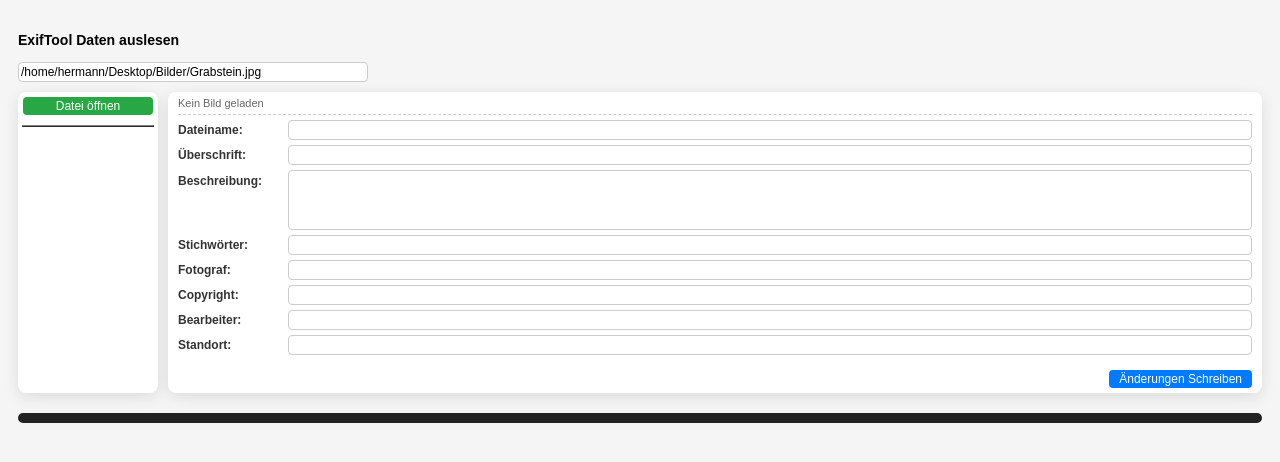
Repository: h-fahle/metadata
Page: ui/index.html
These files come from the project's save history. The page is drawn as it stood at one moment and after the next save; the edit follows.
The browser window is 1280 px wide. The pictures show the whole page.

Above is the page before, as saved 2026-08-17 10:41:16.

### ui/index.html
<!DOCTYPE html>
<html lang="de">

<head>
	<meta charset="UTF-8">
	<title>Tauri ExifTool Test</title>
	<link rel="stylesheet" href="style.css">
</head>

<body>
	<h3>ExifTool Daten auslesen</h3>

	<input type="text" id="bildpfad" value="/home/hermann/Desktop/Bilder/Grabstein.jpg">

	<div class="main-container">

		<!-- Das Vorschaubild links -->
		<div id="sidebar">
			<button id="file-open" onclick="dateiAuswählen()">Datei öffnen</button>
			<img id="vorschau-bild" src="" />
		</div>

		<!-- Das Formular rechts -->
		<form action="" method="post">

			<div
				style="margin-bottom: 5px; padding-bottom: 5px; border-bottom: 1px dashed #ccc; color: #666; font-size: 11px;">
				<span id="ordner-pfad">Kein Bild geladen</span>
			</div>

			<p>
				<label for="filename">Dateiname:</label>
				<input type="text" id="filename" name="filename" title="Im Einzelmodus: Änderung des Dateinamens bewirkt Umbenennung der Datei.
Im Stapelmodus: Ordnername is nicht änderbar." />
			</p>
			<p>
				<label for="caption">Überschrift:</label>
				<input type="text" id="caption" name="caption" title="Auch (Dokument-)Titel, Schlagzeile, Headline" />
			</p>
			<p>
				<label for="description">Beschreibung:</label>
				<textarea id="description" name="description" style="min-height: 60px;" title="Beschreibender Text in beliebiger Länge.
(Im Stapelmodus wird der eingegebene Text an vorhandenen angehängt.)
Hinweis: Einige Programme zeigen nur 2.000 Zeichen oder auch weniger an."></textarea>
			</p>
			<p>
				<label for="keywords">Stichwörter:</label>
				<input type="text" id="keywords" name="keywords" title="Komma-separierte Liste. Groß-/Kleinschreibung beachten.
Im Stapelmodus werden die eingegebenen Stichwörter an vorhandene angehängt." />
			</p>
			<p>
				<label for="creator">Fotograf:</label>
				<input type="text" id="creator" name="creator" title="Urheber, Ersteller, Autor
(Tags: Artitst, Creator, By-line)" />
			</p>
			<p>
				<label for="copyright">Copyright:</label>
				<input type="text" id="copyright" name="copyright" title="Urheberrechtshinweis; enthält in der Regel:
Name des Fotografen, Aufnahmejahr und Nutzungsrechte;
(z.B. 'Copyright [1975] [Mustermann], Alle Rechte vorbehalten')" />
			</p>
			<p>
				<label for="editor">Bearbeiter:</label>
				<input type="text" id="editor" name="editor" title="Verfasser der Metadaten
(Tags: Caption Writer, Writer Editor)" />
			</p>
			<p>
				<label for="position">Standort:</label>
				<input type="text" id="position" name="position" title="GPS-Koordinaten in Dezimalgrad (51.49129, 8.43317).
Ermitteln der Koordinaten in der Google Maps-Karte:
  1. mit rechter Maustaste auf den Standort klicken,
  2. auf die angezeigten Koordinaten klicken,
  3. der so gespeicherte Wert kann dann mit Strg+V kopiert werden." />
			</p>

			<!-- NEU: Der Speichern-Button am Ende des Formular-Containers -->
			<div style="text-align: right; margin-top: 15px;">
				<button onclick="exifSchreiben(event)" style="background: #007BFF;">Änderungen Schreiben</button>
			</div>

		</form>
	</div> <!-- Ende des main-containers -->

	<div id="ausgabe"></div>

	<script>

		async function dateiAuswählen() {
			try {
				const ergebnis = await window.__TAURI__.core.invoke('plugin:dialog|open', {
					options: {
						title: 'Bilddatei für ExifTool auswählen',
						directory: false,
						multiple: false,
						filters: [
							{ name: 'Bilder', extensions: ['jpg', 'jpeg', 'png', 'gif', 'tif', 'tiff', 'webp', 'avif', 'heic', 'heif'] }
						]
					}
				});

				// Wenn der Nutzer nicht abgebrochen hat (ergebnis ist nicht null)
				if (ergebnis) {
					// Falls das Ergebnis ein Objekt ist (z.B. { path: "..." }), holen wir den Pfad heraus,
					// ansonsten nehmen wir den String direkt.
					const pfad = typeof ergebnis === 'object' ? ergebnis.path : ergebnis;

					document.getElementById("bildpfad").value = pfad;

					// Sofort automatisch die Metadaten einlesen!
					exifAuslesen();
				}
			} catch (fehler) {
				document.getElementById("ausgabe").innerHTML = "<span style='color: red;'>Dialog-Fehler: " + fehler + "</span>";
			}
		}

		async function exifAuslesen() {
			const pfad = document.getElementById("bildpfad").value;
			const ausgabe = document.getElementById("ausgabe");
			const vorschauImg = document.getElementById("vorschau-bild");


			ausgabe.innerText = "Rufe ExifTool auf...";

			try {
				// 1. Metadaten über Rust holen
				const jsonText = await window.__TAURI__.core.invoke('lese_bild_metdaten', { dateipfad: pfad });
				const datenObjekt = JSON.parse(jsonText)[0]; 	// Das 1. JSON-Objekt im JSON-Array in JS-Objekt umwandeln

				document.getElementById('filename').value = datenObjekt.FileName || '';
				document.getElementById('caption').value = datenObjekt.CMB_Caption || '';
				document.getElementById('description').value = datenObjekt.Description || '';
				document.getElementById('keywords').value = datenObjekt.Keywords || '';
				document.getElementById('creator').value = datenObjekt.Creator || '';
				document.getElementById('copyright').value = datenObjekt.Copyright || '';
				document.getElementById('editor').value = datenObjekt.CMB_Editor || '';
				document.getElementById('position').value = datenObjekt.GPSPosition || '';

				const vollerPfad = pfad;
				// Erkennt automatisch Linux-Schrägstriche (/) und Windows-Backslashes (\)
				const letzterSlash = Math.max(vollerPfad.lastIndexOf('/'), vollerPfad.lastIndexOf('\\'));
				let ordner = "Unbekannt";

				if (letzterSlash !== -1) {
					ordner = vollerPfad.substring(0, letzterSlash);
				}
				// Den berechneten Ordnerpfad in das neue Label schreiben
				document.getElementById('ordner-pfad').innerText = ordner;

				// Wir nehmen das erste Element der Liste (ExifTool liefert immer ein Array)
				// und stellen es schön formatiert im Browser dar
				// ausgabe.innerText = JSON.stringify(datenObjekt[0], null, 2);
				ausgabe.innerText = jsonText;

				// Wir fragen Rust nach dem besten Weg für das Bild
				const vorschauErgebnis = await window.__TAURI__.core.invoke('hole_vorschaubild', { dateipfad: pfad });

				if (vorschauErgebnis === "STANDARD") {
					// Normales JPG/PNG über das Asset-Protokoll
					const assetUrl = window.__TAURI__.core.convertFileSrc(pfad);
					vorschauImg.src = assetUrl + "?t=" + new Date().getTime();
				} else if (vorschauErgebnis.startsWith("data:[embedded picture, 23 characters]")) {
					// TIF/TIFF über den im RAM kompilierten Rust-Wandler
					vorschauImg.src = vorschauErgebnis;
				}

				vorschauImg.style.display = "block";

			} catch (fehler) {
				ausgabe.innerHTML = "<span style='color: red;'>Fehler: " + fehler + "</span>";
				vorschauImg.style.display = "none";
				infoText.innerText = "Fehler beim Laden";
			}
		}

		async function exifSchreiben(ereignis) {
			if (ereignis) ereignis.preventDefault();  // verbietet dem Browser den automatischen Seiten-Reset!

			const pfad = document.getElementById("bildpfad").value;
			const ausgabe = document.getElementById("ausgabe");

			ausgabe.innerText = "Speichere Daten über ExifTool...";

			// Wir sammeln alle aktuellen Werte aus den Eingabefeldern ein
			const daten = {
				dateipfad: pfad,
				filename: document.getElementById('filename').value,
				caption: document.getElementById('caption').value,
				description: document.getElementById('description').value,
				keywords: document.getElementById('keywords').value.split(',').map(s => s.trim()).join(', '),
				creator: document.getElementById('creator').value,
				copyright: document.getElementById('copyright').value,
				editor: document.getElementById('editor').value,
				gps: document.getElementById('position').value
			};

			try {
				// Wir schicken das gesamte Paket an die Rust-Funktion 'schreibe_bild_metdaten'
				const antwort = await window.__TAURI__.core.invoke('schreibe_bild_metdaten', daten);

				// Bei Erfolg zeigen wir die Meldung in grüner Schrift an
				ausgabe.innerHTML = "<span style='color: #00ff00;'>" + antwort + "</span>";

				// 2. Da der Pfad dank preventDefault() jetzt bombenfest im Feld stehen bleibt,
				// funktioniert das Neuladen nun augenblicklich und fehlerfrei!
				await exifAuslesen();

			} catch (fehler) {
				// Falls etwas schiefgeht (z.B. Datei schreibgeschützt), zeigen wir den Fehler an
				ausgabe.innerHTML = "<span style='color: red;'>Fehler beim Speichern: " + fehler + "</span>";
			}
		}

	</script>
</body>

</html>

### ui/style.css
body {
	font-family: sans-serif;
	font-size:12px;
	padding: 10px;
	background: #f5f5f5;
}

button {
	padding: 2px 10px;
	font-size: 12px;
	cursor: pointer;
	background: #28a745;
	color: white;
	border: none;
	border-radius: 4px;
}

#ausgabe {
	margin-top: 20px;
	background: #222;
	color: #00ff00;
	padding: 5px;
	border-radius: 5px;
	font-family: monospace;
	white-space: pre-wrap;
	overflow-x: auto;
}
input#bildpfad {
	width: 350px;
}

/* Der neue Haupt-Container für die Nebeneinander-Ausrichtung */
.main-container {
	margin-top: 10px;
	display: flex;
	flex-direction: row;  /* Elemente nebeneinander */
	gap: 10px;            /* Abstand zwischen Bild und Formular */
	width: 100%;
	box-sizing: border-box;
}

/* Styling für den Bild-Bereich */
#sidebar {
	width: 140px;
	min-width: 140px;

	display: flex;
	flex-direction: column;
  	align-items: center;
  	justify-content: flex-start;

	padding-top: 5px;
	background-color: #ffffff;
	border-radius: 8px;
	box-shadow: 0 4px 15px rgba(0, 0, 0, 0.1);
}
#file-open {
	 width: 130px;
	 margin-bottom: 10px;
}
#vorschau-bild {
	width: 130px;
	height: auto;
	border: 1px outset gray;
}

/* Container des Formulars */
form {
	flex-grow: 1;
	margin: 0;
	padding: 5px 10px;
	background-color: #ffffff;
	border-radius: 8px;
	box-shadow: 0 4px 15px rgba(0, 0, 0, 0.1);
	font-family: Arial, sans-serif;
}

form p {
	display: flex;
	align-items: center;
	margin: 6px 0;       /* Geringer Zeilenabstand */
	width: 100%;
	margin-top: 5px;    /* Kleiner Abstand nach oben */
	margin-bottom: 5px; /* Kleiner Abstand nach unten */
}

label[for="description"] {
    align-self: flex-start;  /* DIESE ZEILE IST DIE RETTUNG: Richtet NUR dieses Label oben aus! */
    margin-top: 4px;         /* Feinjustierung, damit es perfekt auf der Linie der ersten Textzeile liegt */
}


/* Feste Breite für die Labels + Linksbündig */
label {
	display: inline-block;
	width: 110px;
	text-align: left;
	font-weight: bold;
	color: #333333;
	flex-shrink: 0; /* Verhindert, dass der Text zusammengedrückt wird */
}

/* Eingabefelder füllen den restlichen Platz der Zeile aus */
input[type="text"],
textarea {
	flex-grow: 1; /* Alle Felder starten exakt an der gleichen Linie */
	width: 100%;
	min-width: 0;
	padding: 2px;
	border: 1px solid #cccccc;
	border-radius: 4px;
	box-sizing: border-box;
	font-size: 12px;
}
textarea {
    /* DIESE BEIDEN ZEILEN LÖSEN DAS LINUX-PROBLEM ENDGÜLTIG: */
    field-sizing: content;   /* Die Box wächst automatisch zeilenweise mit! */
    overflow: hidden;        /* Schaltet Scrollbalken und damit den Bug komplett ab */
    resize: none;            /* Der Nutzer muss nicht mehr manuell ziehen */
}

/* Aktives Feld bei Klick */
input:focus,
textarea:focus {
	border-color: #007BFF;
	outline: none;
	box-shadow: 0 0 5px rgba(0, 123, 255, 0.5);
}

/* Der Absendeknopf richtet sich nach den Eingabefeldern aus */
.button-group {
	display: flex;
	justify-content: flex-end;
}

button[type="submit"] {
	width: 200px;
	padding: 12px;
	background-color: #007BFF;
	color: white;
	border: none;
	border-radius: 4px;
	font-size: 16px;
	cursor: pointer;
	transition: background-color 0.3s ease;
}
button[type="submit"]:hover {
	background-color: #0056b3;
}

After the next save:
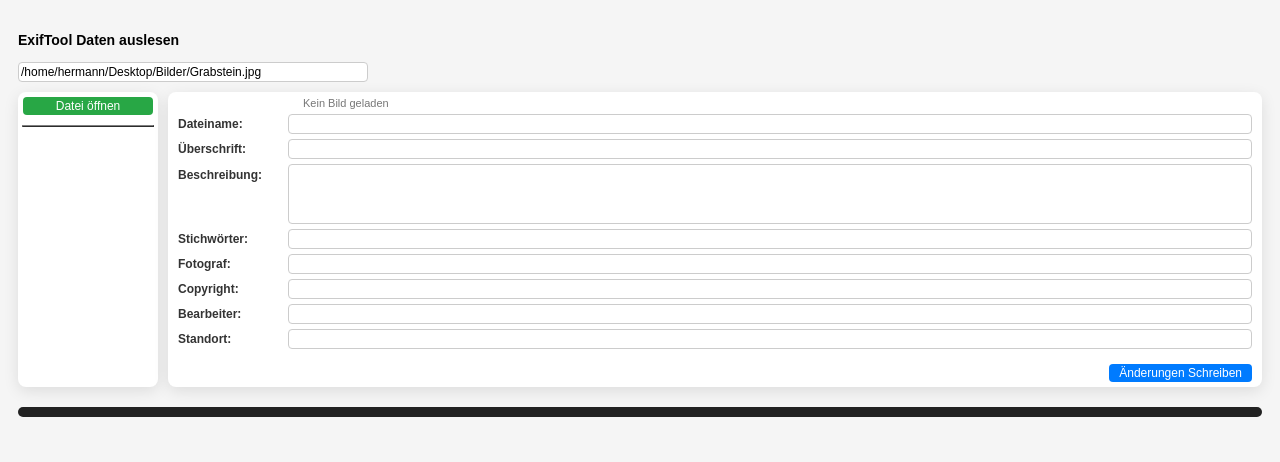
Saved 5 min 49 s later.
--- a/ui/index.html
+++ b/ui/index.html
@@ -23,10 +23,9 @@
 		<!-- Das Formular rechts -->
 		<form action="" method="post">
 
-			<div
-				style="margin-bottom: 5px; padding-bottom: 5px; border-bottom: 1px dashed #ccc; color: #666; font-size: 11px;">
-				<span id="ordner-pfad">Kein Bild geladen</span>
-			</div>
+    <div id="ordner-pfad" style="margin-left: 125px; margin-bottom: 2px; color: #777777; font-size: 11px; font-family: Arial, sans-serif; word-break: break-all;">
+        Kein Bild geladen
+    </div>
 
 			<p>
 				<label for="filename">Dateiname:</label>
